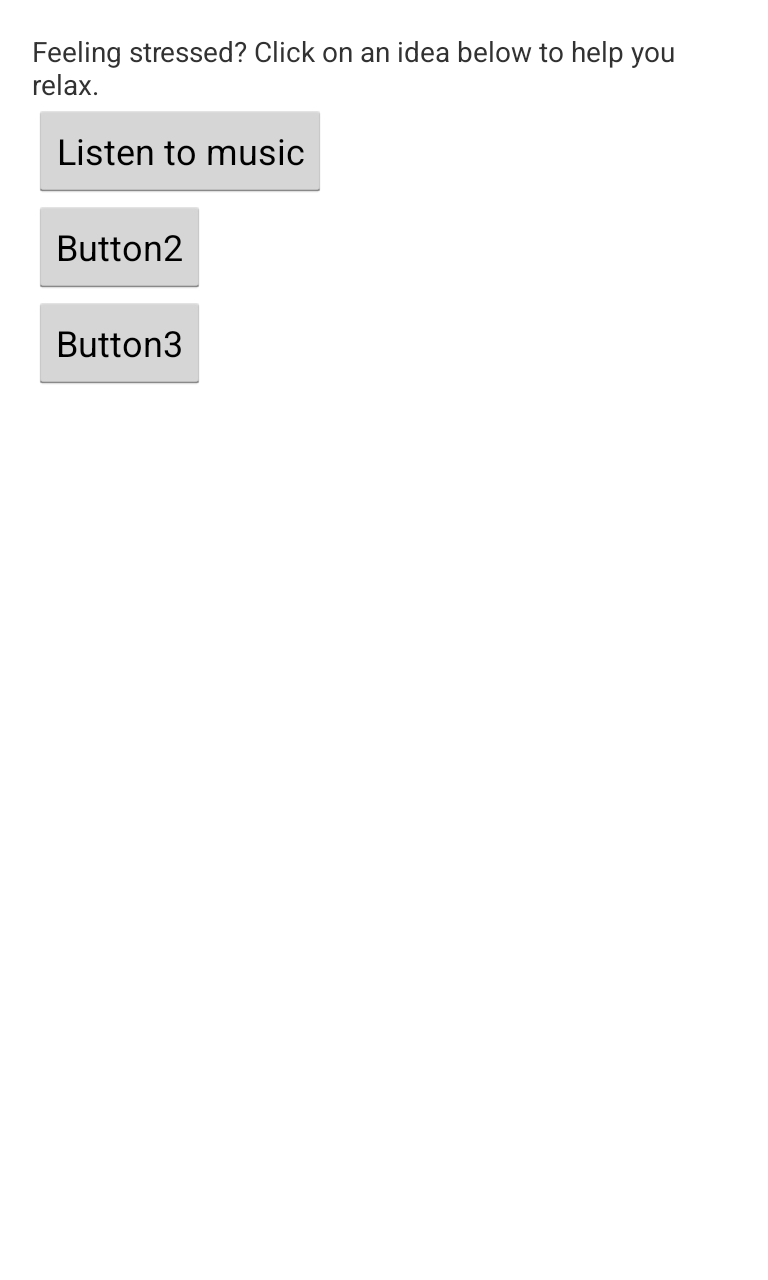
Repository: LSummers33/Apps101
Layout: Self-Care/res/layout/activity_main.xml
An editor plug-in stored every save of this project. The layout is shown before and after the next save, followed by the edit.
It is drawn on a 768 x 1280 px phone screen (xhdpi) without system bars, with theme AppTheme; the app's code is not run.

Above is the layout before, as saved 2014-01-26 20:55:20.

After the next save:
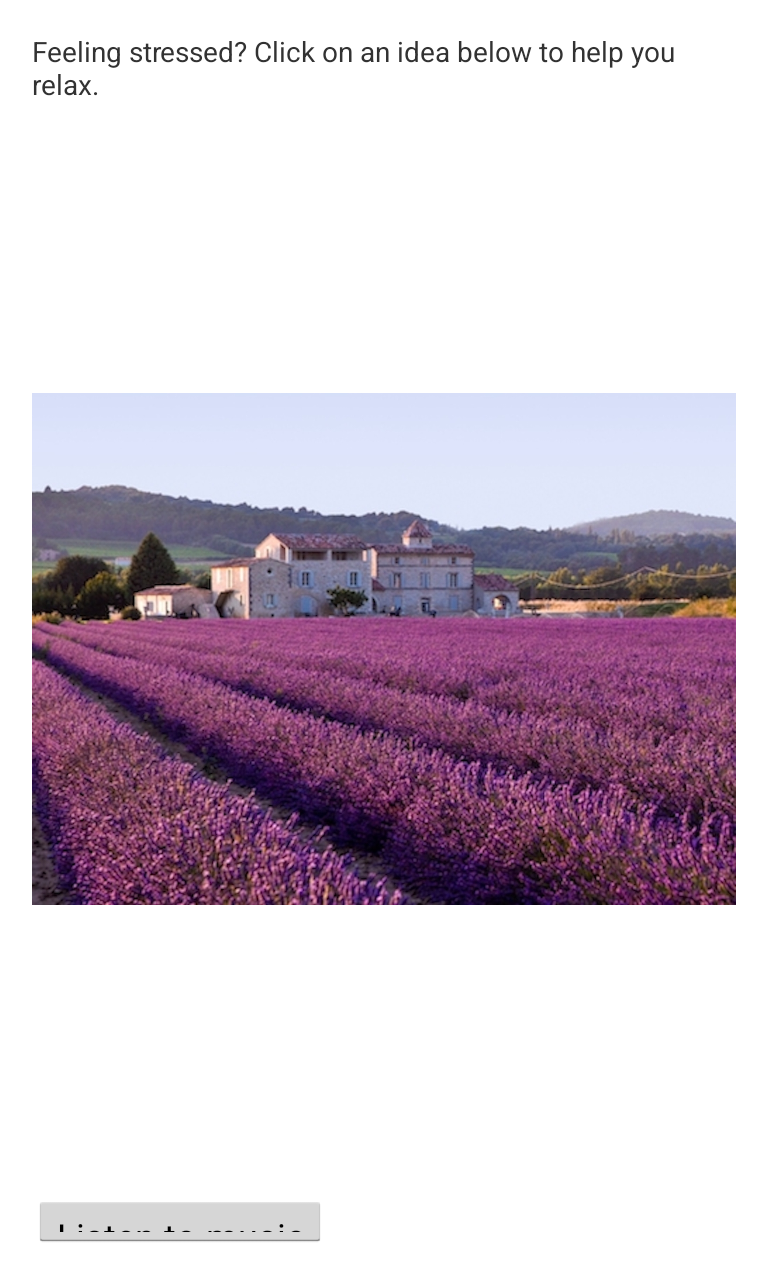
Saved 62 s later.
--- a/Self-Care/res/layout/activity_main.xml
+++ b/Self-Care/res/layout/activity_main.xml
@@ -14,6 +14,13 @@
         android:layout_width="wrap_content"
         android:layout_height="wrap_content"
         android:text="@string/hello_world" />
+
+    <ImageView
+        android:id="@+id/imageView1"
+        android:layout_width="wrap_content"
+        android:layout_height="wrap_content"
+        android:contentDescription="@string/image"
+        android:src="@drawable/lavender_field" />
 
     <Button
         android:id="@+id/button1"
